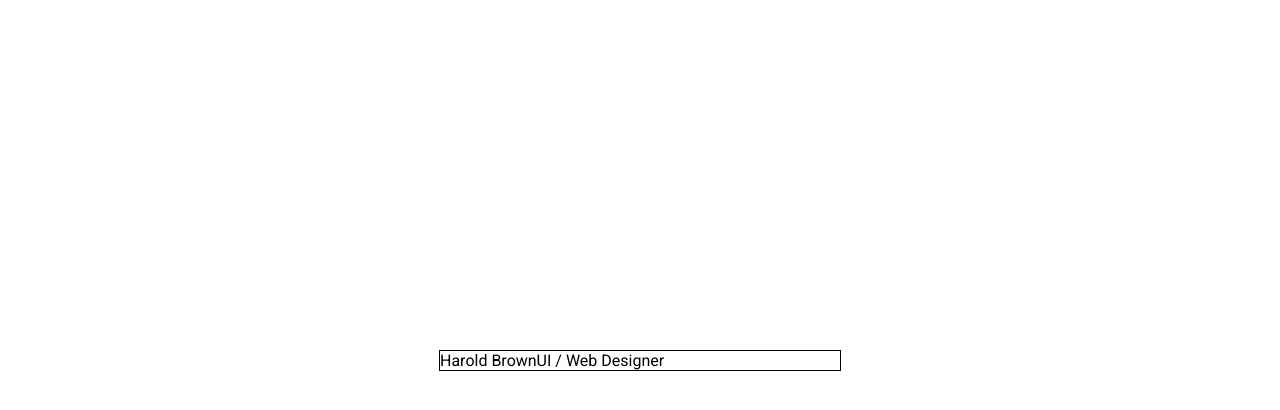
Repository: safak/animation
Page: index.html
The author's editor kept a copy of each file at every save. The page is drawn from the files as they stood at one save, then again after the next save.
The browser window is 1280 px wide. The pictures show the whole page.

Above is the page before, as saved 2021-01-02 19:08:24.

### index.html
<html lang="en">
  <head>
    <meta charset="UTF-8" />
    <meta name="viewport" content="width=device-width, initial-scale=1.0" />
    <link rel="stylesheet" href="style.css" />
    <link
      rel="stylesheet"
      href="https://cdnjs.cloudflare.com/ajax/libs/font-awesome/5.15.1/css/all.min.css"
      integrity="sha512-+4zCK9k+qNFUR5X+cKL9EIR+ZOhtIloNl9GIKS57V1MyNsYpYcUrUeQc9vNfzsWfV28IaLL3i96P9sdNyeRssA=="
      crossorigin="anonymous"
    />
    <link
      href="https://fonts.googleapis.com/css2?family=Roboto:wght@100;300;400;500;700;900&display=swap"
      rel="stylesheet"
    />
    <title>Document</title>
  </head>
  <body>
    <div class="container">
      <div class="row-top">
        <span class="title">Harold Brown</span>
        <div class="dot"></div>
      </div>
      <div class="row-bottom">
        <span class="desc">UI / Web Designer</span>
      </div>
    </div>
  </body>
</html>

### style.css
* {
  padding: 0px;
  margin: 0px;
}

body {
  display: flex;
  align-items: center;
  justify-content: center;
  min-height: 100vh;
  /* background: lightblue; */
  font-family: "Roboto", sans-serif;
}

.container{
  width: 400px;
  display: flex;
  align-items: center;
  background-color: white;
  cursor: pointer;
  border: 1px solid black;
}

.interactive-container {
  width: 150px;
  height: 100px;
  background-color: lightcoral;
  position: relative;
  overflow: hidden;
}

.person {
  width: 50px;
  height: 50px;
  border-radius: 50%;
  background-color: rgb(247, 234, 62);
  position: relative;
}

.eyes {
  width: 25px;
  height: 20px;
  position: absolute;
  top: 10;
  left: 12.5px;
  display: flex;
  justify-content: space-between;
  transition: transform 1.2s ease-in;
}

.eye {
  width: 6px;
  height: 10px;
  background-color: black;
  border-radius: 50%;
}

.mouth {
  width: 35px;
  height: 20px;
  background-color: #000;
  border-radius: 0 0 60px 60px;
  position: absolute;
  top: 25px;
  left: 7.5px;
  transition: transform 1.2s ease-in;
}

.mouth-surprised {
  width: 10px;
  height: 20px;
  background-color: #000;
  border-radius: 50%;
  position: absolute;
  top: 25px;
  left: 20px;
}

.smiling-person{
  position: absolute;
  top: 25px;
  left: 50px;
  transition: transform 1s ease;
}

.smiling-person{
  position: absolute;
  top: 25px;
  left: 50px;
  transition: transform 1s ease;
  z-index: 1;
}

.surprised-person{
  position: absolute;
  bottom: -50px;
  right: -50px;
  transition: transform 1s ease;
}

.box {
  clip-path: polygon(
    0% 50%,
    0% 100%,
    100% 100%,
    100% 50%,
    50% 50%,
    0% 30%,
    10% 50%
  );
  background-color: white;
  width: 50px;
  height: 50px;
  position: relative;
  top: 12px;
  left: 52px;
  opacity: 0;
  transition: opacity 1s ease;
}

.dots {
  position: absolute;
  top: 25px;
  left: 10px;
  opacity: 0;
  transition: opacity 1s ease;
  transition-delay: .5s;
}

.text-container{
  width: 250px;
  font-weight: bold;
  font-size: 20px;
  display: flex;
  align-items: center;
  justify-content: center;
}

.container:hover .smiling-person{
  transform: translate(-50px, -25px);
}

.container:hover .smiling-person .eyes{
  transform: translateX(5px);
}

.container:hover .smiling-person .mouth{
  transform: translateX(5px);
}

.container:hover .surprised-person{
  transform: translate(-50px, -50px);
}

.container:hover .box{
  opacity: 1;
}

.container:hover .dots{
  opacity: 1;
}

After the next save:
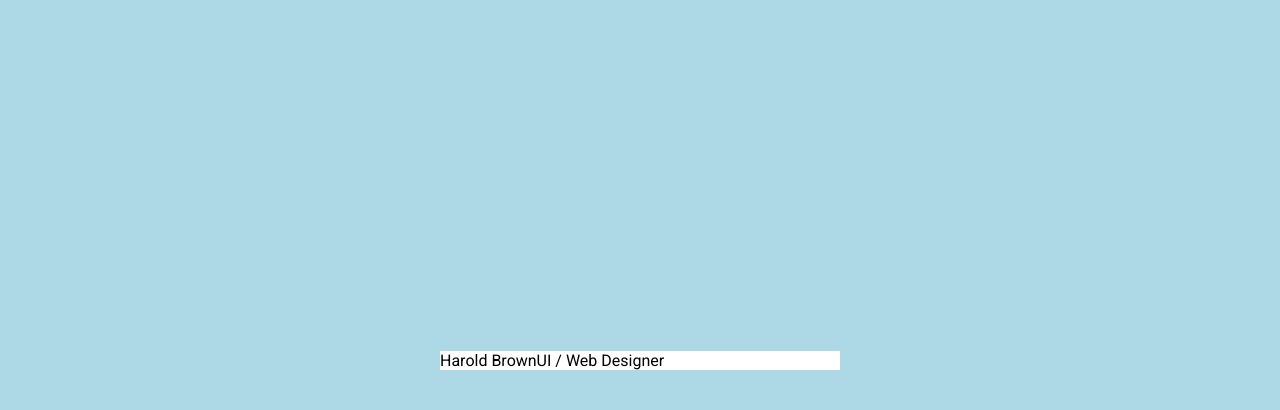
Saved 23 s later.
--- a/style.css
+++ b/style.css
@@ -8,7 +8,7 @@ body {
   align-items: center;
   justify-content: center;
   min-height: 100vh;
-  /* background: lightblue; */
+  background: lightblue;
   font-family: "Roboto", sans-serif;
 }
 
@@ -18,7 +18,6 @@ body {
   align-items: center;
   background-color: white;
   cursor: pointer;
-  border: 1px solid black;
 }
 
 .interactive-container {
